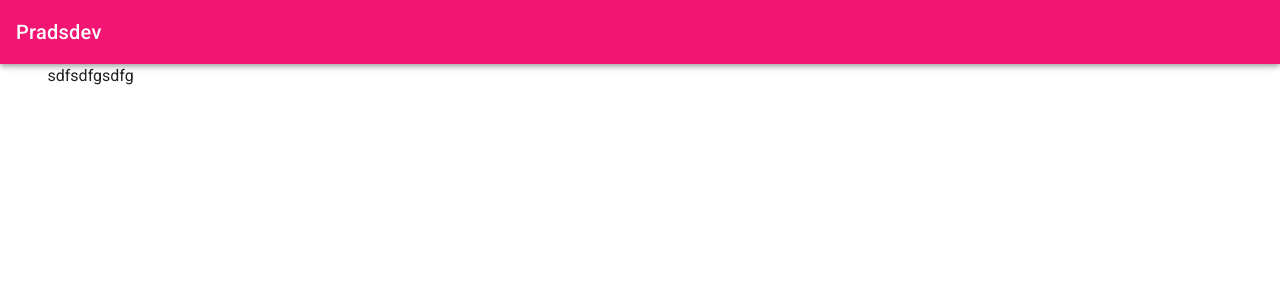
Repository: pradsdev/vue-form-validate
Page: /
These files come from the project's save history. The page is drawn as it stood at one moment and after the next save; the edit follows.
The browser window is 1280 px wide. The pictures show the whole page.
The project was rebuilt for these pictures with package versions that can differ from the ones it lists, and the page was loaded fresh each time. Also part of the build but not shown: vue.config.js.

Above is the page before, as saved 2020-12-21 22:44:06.

### src/App.vue
<template>
  <v-app>
    <v-app-bar
      app
      color="primary"
      dark
    >
      <div class="d-flex align-center">
        <div class="title">
          Pradsdev
        </div>
      </div>
    </v-app-bar>

    <v-main>
      <HelloWorld/>
    </v-main>
  </v-app>
</template>

<script>
import HelloWorld from './components/HelloWorld'

export default {
  name: 'App',

  components: {
    HelloWorld
  },

  data: () => ({
    //
  })
}
</script>

### src/plugins/vuetify.js
import Vue from 'vue'
import Vuetify from 'vuetify/lib/framework'

Vue.use(Vuetify)

export default new Vuetify({
  theme: {
    options: {
      customProperties: true
    },
    themes: {
      light: {
        primary: '#f31573',
        secondary: '#424242',
        accent: '#82B1FF',
        error: '#FF5252',
        info: '#2196F3',
        success: '#4CAF50',
        warning: '#FFC107'
      }
    }
  }
})

### src/components/HelloWorld.vue
<template>
  <v-container>
    <v-row class="text-center">
      sdfsdfgsdfg
    </v-row>
  </v-container>
</template>

<script>
export default {
  name: 'HelloWorld',

  data: () => ({
  })
}
</script>

Loaded but not shown: public/index.html (common file); src/main.js (common file)

After the next save:
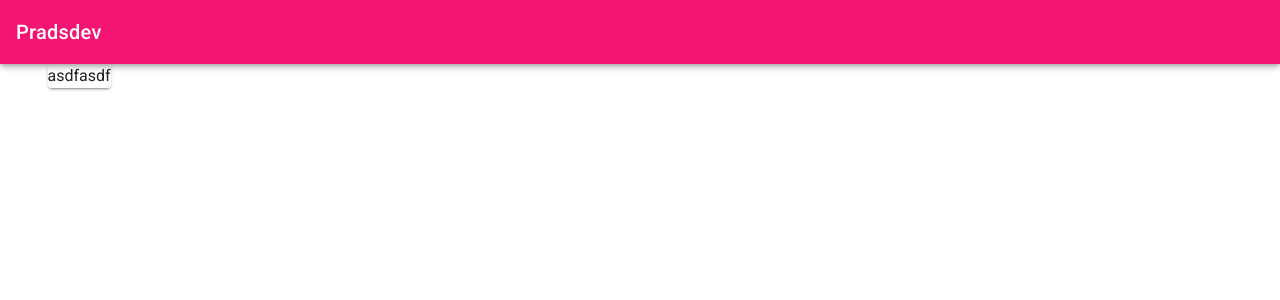
Saved 38 s later.
--- a/src/components/HelloWorld.vue
+++ b/src/components/HelloWorld.vue
@@ -1,7 +1,9 @@
 <template>
   <v-container>
     <v-row class="text-center">
-      sdfsdfgsdfg
+      <v-card>
+        asdfasdf
+      </v-card>
     </v-row>
   </v-container>
 </template>
